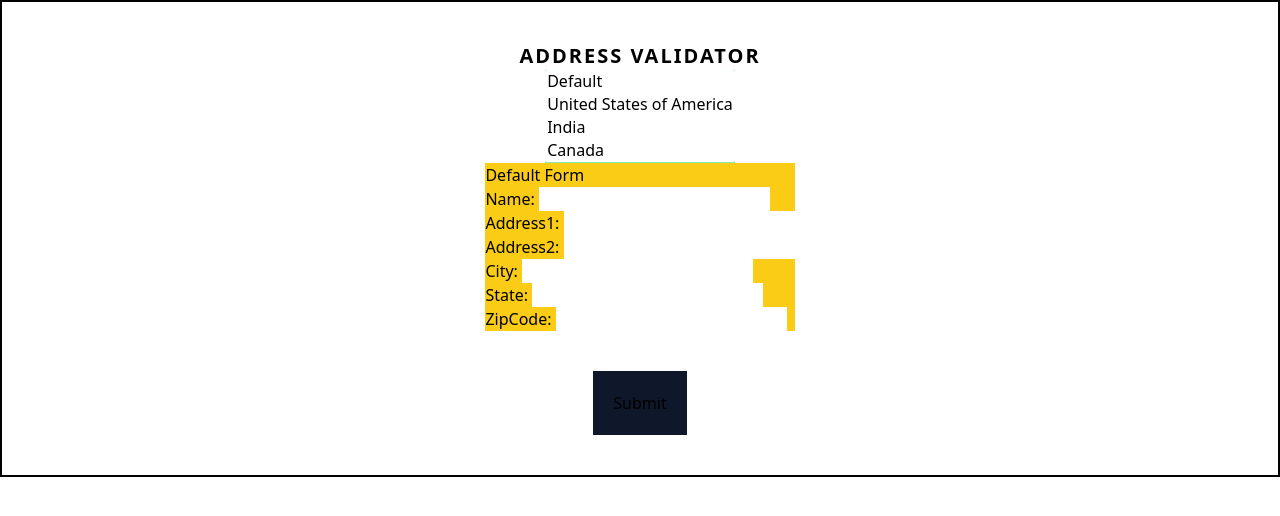
Repository: jay-singhvi/SWArchDesign_TeamProject
Page: / (app in frontend/address-validation/)
An editor plug-in stored every save of this project. The page is shown before and after the next save, followed by the edit.
The browser window is 1280 px wide. The pictures show the whole page.
The project was rebuilt for these pictures with package versions that can differ from the ones it lists, and the page was loaded fresh each time. Also part of the build but not shown: frontend/address-validation/src/App.css.

Above is the page before, as saved 2023-03-07 13:46:48.

### frontend/address-validation/src/App.js

import './App.css';
import React, { useState, setState } from 'react';

// React component for creating and sending POST request
function App() {

  // variables to handle the Request and Response
  const [countryList, setCountryList] = useState("");
  const [formData, setFormData] = useState(null);
  const [responseData, setResponseData] = useState(null);

  // Set of Counries under consideration
  const countries = [
    { name: "Default"},
    { name: "United States of America"},
    { name: "India"},
    { name: "Canada"}
  ];

  // Function to render form based on Countries
  function renderForm() {
    if (countryList.length === 1) {
      console.log(countryList)
        if(countryList.includes("United States of America"))
          return <USAForm setFormData={setFormData} />;
        else if(countryList.includes("India"))
          return <IndiaForm setFormData={setFormData} />;
        else if(countryList.includes("Canada"))
          return <CanadaForm setFormData={setFormData} />;
        else
          return <DefaultForm setFormData={setFormData} />;
    }
    // Renders form for multiple selected countries
    else {
      return <DefaultForm setFormData={setFormData} />
    }
  }

  // Handles selected country and set ths
  function handleSelectedCountry(event) {
    const selectedOptions = Array.from(event.target.selectedOptions);
    const selectedValues = selectedOptions.map(option => option.value);
    setCountryList(selectedValues);
  }

  // Finds address based on the form data
  async function findAddress(event) {
    event.preventDefault();

    // If only one country is selected
    if(countryList.length === 1) {

      //If selected country id default then send country field empty in JSON request
      if(countryList[0] === 'Default')
      {
        countryList[0] = ''
      }
      const updatedFormData = {...formData, "Country": countryList[0]};

      // If form data has Name attribute then search based on name and country
      if(formData !== null && formData.Name !== null){
        try {
          const response = await fetch("http://localhost:5000/api/searchCountriesByClient", {
            method: "POST",
            headers: {
              "Content-Type": "application/json",
            },
            body: JSON.stringify(updatedFormData),
          });

          const data = await response.json();
          setResponseData(data);
        } catch (error) {
          console.error(error);
          setResponseData({ error: "An error occurred" });
        }
      }

      //If name is not mentioned then populate all addresses for that country based on JSON request
      else {
        try {
          const response = await fetch("http://localhost:5000/api/searchCountry", {
            method: "POST",
            headers: {
              "Content-Type": "application/json",
            },
            body: JSON.stringify(updatedFormData),
          });

          const data = await response.json();
          setResponseData(data);
        } catch (error) {
          console.error(error);
          setResponseData({ error: "An error occurred" });
        }
      }
    }
    //If more one country is selected then send the list of countries with JSON request
    else if(countryList.length > 1){
      const updatedFormData = {...formData, "Country": countryList};

      try {
        const response = await fetch("http://localhost:5000//api/searchCountries", {
          method: "POST",
          headers: {
            "Content-Type": "application/json",
          },
          body: JSON.stringify(updatedFormData),
        });

        const data = await response.json();
        setResponseData(data);
      } catch (error) {
        console.error(error);
        setResponseData({ error: "An error occurred" });
      }
    }
    // If only name is mentioned then look for that name in all countries
    else if(formData !== null && formData.Name !== null){
      try {
        const response = await fetch("http://localhost:5000/api/searchCountriesByClient", {
          method: "POST",
          headers: {
            "Content-Type": "application/json",
          },
          body: JSON.stringify(formData),
        });

        const data = await response.json();
        setResponseData(data);
      } catch (error) {
        console.error(error);
        setResponseData({ error: "An error occurred" });
      }
    }
    setFormData({});
  }

  // Give all the options of countries to user for selection
  return (
    <div className=' items-center justify-between min-h-screen  '>
    <div className='  py-10 flex flex-col items-center border-2 border-black'>
      <h1 className=' uppercase tracking-widest font-bold text-xl'>Address Validator</h1>
      <div className=' bg-green-300'>
        <select multiple value={countryList} onChange={handleSelectedCountry}>
          {countries.map((country) => (
            <option key={country.name} value={country.name}>
              {country.name}
            </option>
          ))}
        </select>
      </div>

      {renderForm()}

      <button type="submit" onClick={findAddress} className=" mt-10 bg-slate-900 cursor-pointer p-5">
          Submit
        </button>

      {responseData && (
        <div>
          <h2>Post Result:</h2>
          <pre>{JSON.stringify(responseData, null, 2)}</pre>
        </div>
      )}
      </div>
    </div>

  );
}

// React component to render USA specific form
function USAForm({setFormData}) {
  const [formValues, setFormValues] = useState({});
  function updateForm(event) {
    setFormValues({
      ...formValues,
      [event.target.name]: event.target.value,
    });
    setFormData({
      ...formValues,
      [event.target.name]: event.target.value,
    });
  }

  return (
    <div>
      <form>
        <h2>United States Form</h2>
        Name: <input type="text" name="Name" onChange={updateForm} />
        <br/>
        Address1: <input type="text" name="Address1" onChange={updateForm} />
        <br/>
        Address2: <input type="text" name="Address2" onChange={updateForm} />
        <br/>
        City: <input type="text" name="City" onChange={updateForm} />
        <br/>
        State: <input type="text" name="State" onChange={updateForm} />
        <br/>
        ZipCode: <input type="text" name="Zipcode" onChange={updateForm} />
        <br/>
      </form>
    </div>
  );
}

// React component to render Canada specific form
function CanadaForm({setFormData}) {
  const [formValues, setFormValues] = useState({});
  function updateForm(event) {
    setFormValues({
      ...formValues,
      [event.target.name]: event.target.value,
    });
    setFormData({
      ...formValues,
      [event.target.name]: event.target.value,
    });
  }

  return (
    <div>
      <form>
        <h2>Canada Form</h2>
        Name: <input type="text" name="Name" onChange={updateForm} />
        <br/>
        Address1: <input type="text" name="Address1" onChange={updateForm} />
        <br/>
        Address2: <input type="text" name="Address2" onChange={updateForm} />
        <br/>
        City: <input type="text" name="City" onChange={updateForm} />
        <br/>
        Province: <input type="text" name="State" onChange={updateForm} />
        <br/>
        Postalcode: <input type="text" name="ZipCode" onChange={updateForm} />
      </form>
    </div>
  );
}

// React component to render India specific form
function IndiaForm({setFormData}) {
  const [formValues, setFormValues] = useState({});
  function updateForm(event) {
    setFormValues({
      ...formValues,
      [event.target.name]: event.target.value,
    });
    setFormData({
      ...formValues,
      [event.target.name]: event.target.value,
    });
  }

  return (
    <div>
      <form>
        <h2>India Form</h2>
        Name: <input type="text" name="Name" onChange={updateForm} />
        <br/>
        Street Address: <input type="text" name="Address1" onChange={updateForm} />
        <br/>
        Address2: <input type="text" name="Address2" onChange={updateForm} />
        <br/>
        City: <input type="text" name="City" onChange={updateForm} />
        <br/>
        State: <input type="text" name="State" onChange={updateForm} />
        <br/>
        Pincode: <input type="text" name="ZipCode" onChange={updateForm} />
        <br/>
      </form>
    </div>
  );
}

// React component to render default form
function DefaultForm({setFormData}) {

  const [formValues, setFormValues] = useState({});
  function updateForm(event) {
    setFormValues({
      ...formValues,
      [event.target.name]: event.target.value,
    });
    setFormData({
      ...formValues,
      [event.target.name]: event.target.value,
    });
  }

  return (
    <div className='  bg-yellow-400'>
      <h2>Default Form</h2>
        Name: <input type="text" name="Name" onChange={updateForm} />
        <br/>
        Address1: <input type="text" name="Address1" onChange={updateForm} />
        <br/>
        Address2: <input type="text" name="Address2" onChange={updateForm} />
        <br/>
        City: <input type="text" name="City" onChange={updateForm} />
        <br/>
        State: <input type="text" name="State" onChange={updateForm} />
        <br/>
        ZipCode: <input type="text" name="Zipcode" onChange={updateForm} />
        <br/>
    </div>
  );
}

export default App;

Loaded but not shown: frontend/address-validation/public/index.html (common file); frontend/address-validation/src/index.js (common file); frontend/address-validation/src/index.css (common file); frontend/address-validation/src/reportWebVitals.js (common file); frontend/address-validation/tailwind.config.js (common file)

After the next save:
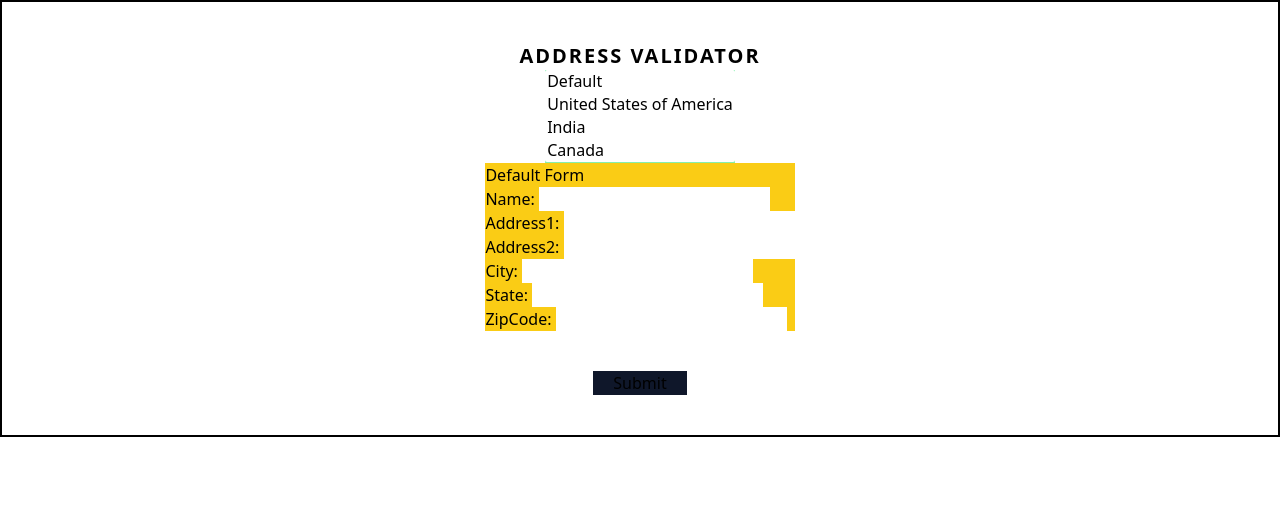
Saved 7 s later.
--- a/frontend/address-validation/src/App.js
+++ b/frontend/address-validation/src/App.js
@@ -154,7 +154,7 @@ function App() {
 
       {renderForm()}
 
-      <button type="submit" onClick={findAddress} className=" mt-10 bg-slate-900 cursor-pointer p-5">
+      <button type="submit" onClick={findAddress} className=" mt-10 bg-slate-900 cursor-pointer px-5">
           Submit
         </button>
 
